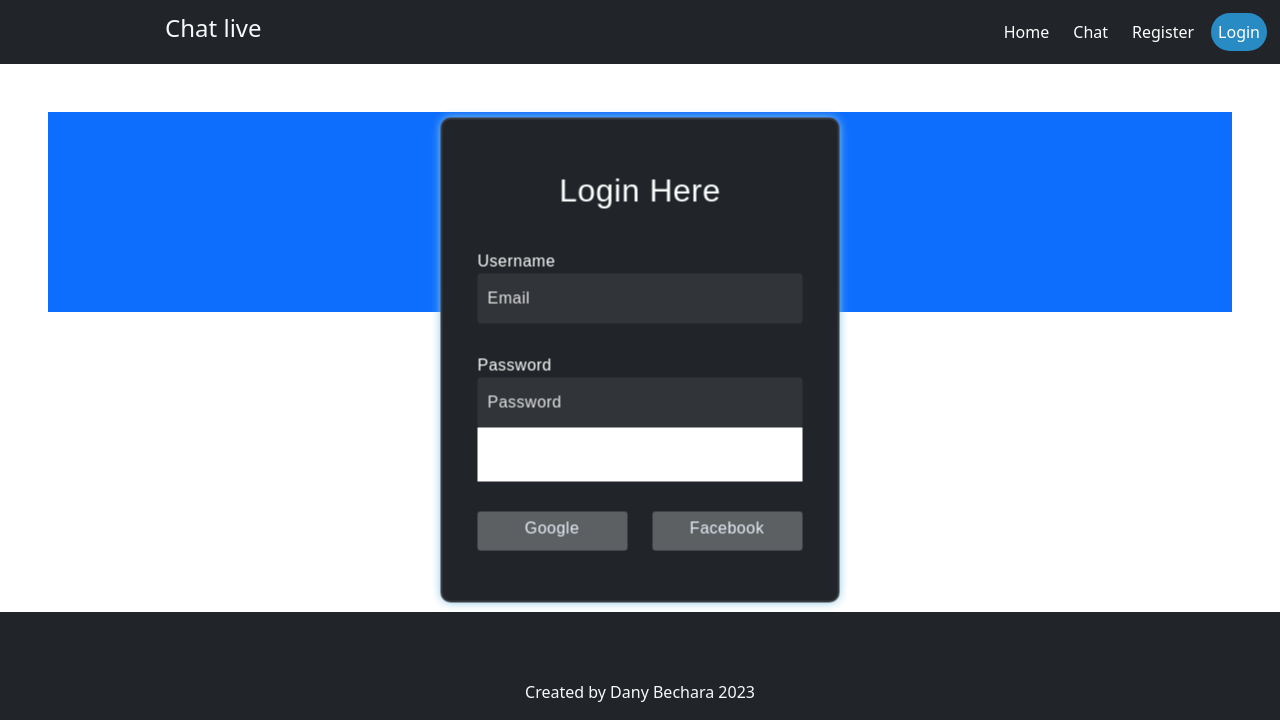
Repository: bechara611/chatv2
Page: /login
The author's editor kept a copy of each file at every save. The page is drawn from the files as they stood at one save, then again after a run of saves.
The browser window is 1280 px wide. The pictures show the whole page.
The project was rebuilt for these pictures with package versions that can differ from the ones it lists, and the page was loaded fresh each time. Also part of the build but not shown: src/index.css, src/auth/components/register.jsx, src/ui/components/Home.jsx.

Above is the page before, as saved 2023-03-03 10:16:33.

After the next 2 saves:
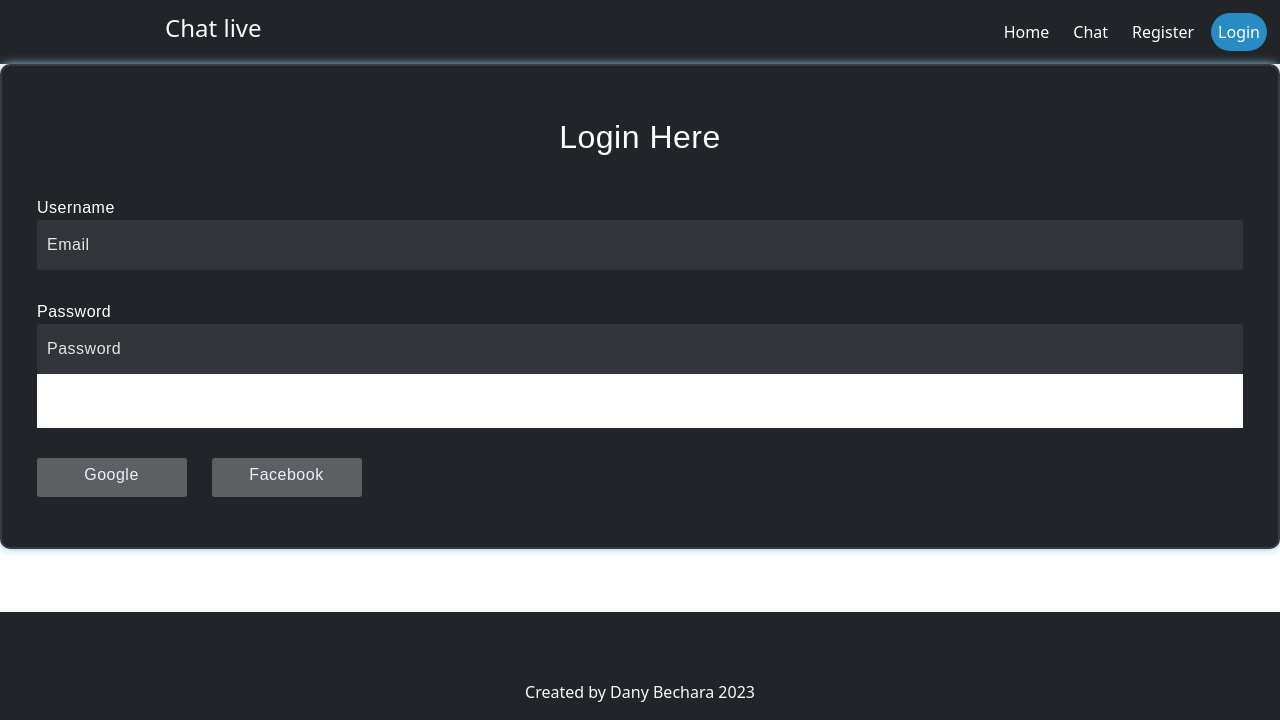
The 2 saves are shown as one change because they came seconds apart.
The last was saved 25 s later.
--- a/src/auth/components/login.css
+++ b/src/auth/components/login.css
@@ -5,17 +5,13 @@
     margin: 0;
     box-sizing: border-box;
 }
-.separador{
-  padding: 100px;
-  margin-top: 100px;
-}
+
 
 
   .formularioLoginRegister{
     margin-bottom: 100px;
     background-color: rgb(29, 29, 29,.6);
-    position: absolute;
-    transform: translate(-50%,-50%);
+
     top: 50%;
     left: 50%;
     border-radius: 10px;
